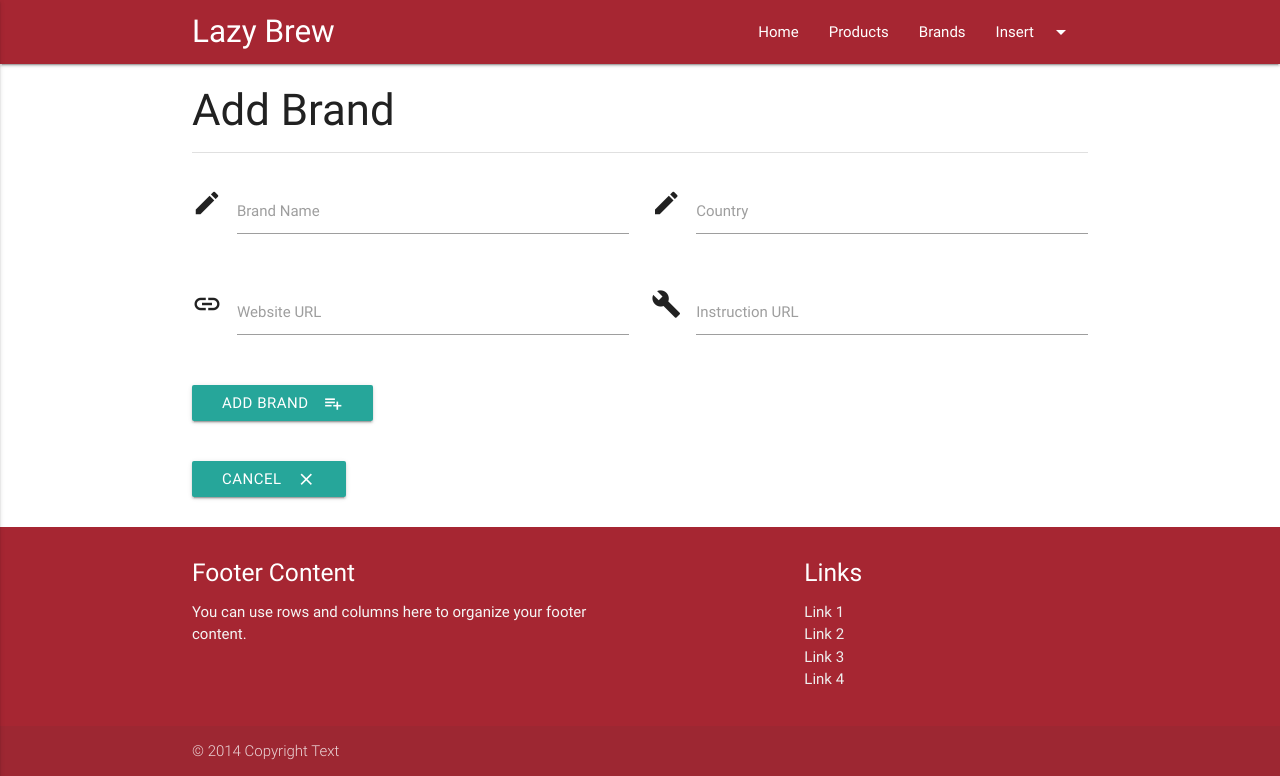
Repository: Leon2ev/lazy-brew
Page: http://localhost/add_brand
The author's editor kept a record of every edit. The page is drawn from the files as they stood at one moment, then again after the next edit.
The browser window is 1280 px wide. The pictures show the whole page.
Some web libraries are served in a nearby version. The page is served by the project's application, run on Flask 3 (app.py).

Above is the page before.

### templates/addbrand.html
{% extends 'base.html' %}
{% block content %}
    <div class="container">
        <h3>Add Brand</h3>
        <div class="divider"></div>
        <form action="{{url_for('insert_brand')}}" method="POST" class="add-brand col s12">
            <div class="row">
                <div class="input-field col s12 l6">
                    <i class="material-icons prefix">create</i>
                    <input id="name" name="name" type="text" class="validate">
                    <label for="icon_prefix">Brand Name</label>
                </div>
                <div class="input-field col s12 l6">
                    <i class="material-icons prefix">create</i>
                    <input id="country" name="country" type="text" class="validate">
                    <label for="icon_prefix">Country</label>
                </div>
            </div>
            <div class="row">
                <div class="input-field col s12 l6">
                    <i class="material-icons prefix">insert_link</i>
                    <input id="website_URL" name="website_URL" type="text" class="validate">
                    <label for="icon_prefix">Website URL</label>
                </div>
                <div class="input-field col s12 l6">
                    <i class="material-icons prefix">build</i>
                    <input id="instruction_URL" name="instruction_URL" type="text" class="validate">
                    <label for="icon_prefix">Instruction URL</label>
                </div>
            </div>
            <div class="row">
                <div class="col s12">
                    <button class="btn waves-effect waves-light" type="submit">Add Brand
                        <i class="material-icons right">playlist_add</i>
                    </button>
                </div>
            </div>
        </form>
        <div class="row">
            <div class="col s12">
                <a class="waves-effect waves-light btn modal-trigger" href="#modal1">Cancel
                    <i class="material-icons right">clear</i>
                </a>
            </div>
            <div id="modal1" class="modal">
                <div class="modal-content">
                    <h4>Are you agree to cancel?</h4>
                    <p>All changes will be lost and you will go back to description page.</p>
                </div>
                <div class="modal-footer">
                    <a href="#!" class="modal-action modal-close waves-effect waves-green btn-flat">Go Back</a>
                    <a href="{{url_for('get_brands')}}" class="modal-action modal-close waves-effect waves-green btn-flat">Agree</a>
                </div>
            </div>
        </div>
    </div>
{% endblock %}

### templates/base.html
<!DOCTYPE html>
<html lang="en">
    <head>
        <meta charset="UTF-8">
        <meta name="viewport" content="width=device-width, initial-scale=1.0">
        <meta http-equiv="X-UA-Compatible" content="ie=edge">

        <title>Document</title>

        <link href="https://fonts.googleapis.com/icon?family=Material+Icons" rel="stylesheet">
        <link rel="stylesheet" href="https://cdnjs.cloudflare.com/ajax/libs/materialize/0.100.2/css/materialize.min.css">
        <link rel="stylesheet" href="{{url_for('static', filename='css/style.css')}}" type="text/css">
    </head>
    <body>
        <header>
            <nav class="navbar">
                <div class="container nav-wrapper">
                    <a href="{{url_for('home_page')}}" class="brand-logo">Lazy Brew</a>
                    <a href="#" data-activates="mobile-demo" class="button-collapse"><i class="material-icons">menu</i></a>
                    <ul class="right hide-on-med-and-down">
                        <li><a href="{{url_for('home_page')}}">Home</a></li>
                        <li><a href="{{url_for('get_products')}}">Products</a></li>
                        <li><a href="{{url_for('get_brands')}}">Brands</a></li>
                        <!-- Dropdown Trigger -->
                        <li><a class="dropdown-button" href="#!" data-activates="dropdown1">Insert<i class="material-icons right">arrow_drop_down</i></a></li>
                    </ul>
                    <!-- Dropdown Structure -->
                    <ul id="dropdown1" class="dropdown-content">
                        <li><a href="{{url_for('add_product')}}">Insert Product</a></li>
                        <li class="divider"></li>
                        <li><a href="{{url_for('add_brand')}}">Insert Brand</a></li>
                    </ul>
                    <ul class="side-nav" id="mobile-demo">
                        <li><a href="{{url_for('home_page')}}">Home</a></li>
                        <li><a href="{{url_for('get_products')}}">Products</a></li>
                        <li><a href="{{url_for('get_brands')}}">Brands</a></li>
                        <!-- Mobile Dropdown Trigger -->
                        <li><a class="dropdown-button" href="#!" data-activates="dropdown2">Insert<i class="material-icons right">arrow_drop_down</i></a></li>

                    </ul>
                    <!-- Dropdown Structure -->
                    <ul id="dropdown2" class="dropdown-content">
                        <li><a href="{{url_for('add_product')}}">Insert Product</a></li>
                        <li class="divider"></li>
                        <li><a href="{{url_for('add_brand')}}">Insert Brand</a></li>
                    </ul>
                </div>
            </nav>
        </header>
        {% block content %}{% endblock %}
        <footer class="page-footer">
            <div class="container">
                <div class="row">
                    <div class="col l6 s12">
                        <h5 class="white-text">Footer Content</h5>
                        <p class="grey-text text-lighten-4">You can use rows and columns here to organize your footer content.</p>
                    </div>
                    <div class="col l4 offset-l2 s12">
                        <h5 class="white-text">Links</h5>
                        <ul>
                            <li><a class="grey-text text-lighten-3" href="#!">Link 1</a></li>
                            <li><a class="grey-text text-lighten-3" href="#!">Link 2</a></li>
                            <li><a class="grey-text text-lighten-3" href="#!">Link 3</a></li>
                            <li><a class="grey-text text-lighten-3" href="#!">Link 4</a></li>
                        </ul>
                    </div>
                </div>
            </div>
            <div class="footer-copyright">
                <div class="container">
                    © 2014 Copyright Text
                </div>
            </div>
        </footer>
        <script src="https://cdnjs.cloudflare.com/ajax/libs/jquery/3.2.1/jquery.min.js"></script>
        <script src="https://cdnjs.cloudflare.com/ajax/libs/materialize/0.100.2/js/materialize.min.js"></script>
        <script type="text/javascript">
            $(document).ready(function() {
                $('select').material_select();
                $(".button-collapse").sideNav();
                $(".dropdown-button").dropdown({
                    belowOrigin: true
                    }
                );
                $('.modal').modal();
            });
        </script>
    </body>
</html>

### app.py
import os
from flask import Flask, render_template, redirect, request, url_for
from flask_pymongo import PyMongo
from bson.objectid import ObjectId

app = Flask(__name__)

# Connection to MongoDB

app.config["MONGO_DBNAME"] = 'beer_brewing'
app.config["MONGO_URI"] = os.getenv('MONGO_URI', 'mongodb://localhost')

mongo = PyMongo(app)

# App routes ------------------------------------------------------------

@app.route('/')

# Home page

@app.route('/home_page')
def home_page():
    return render_template("index.html",
    types=mongo.db.types.find())
# Product Routes
# Product selection

@app.route('/get_products')
def get_products():
    return render_template("products.html",
    products=mongo.db.products.find())

# Single product description

@app.route('/get_description/<product_id>')
def get_description(product_id):
    return render_template("description.html",
    brands=mongo.db.brands.find(),
    types=mongo.db.types.find(),
    product=mongo.db.products.find_one({"_id": ObjectId(product_id)}))

# Add product

@app.route('/add_product')
def add_product():
    return render_template("addproduct.html",
    brands=mongo.db.brands.find(),
    types=mongo.db.types.find())

# Proceed inserted data to mongo

@app.route('/insert_product', methods=["POST"])
def insert_product():
    products=mongo.db.products
    brand_id = request.form.get('brand_id')
    type_id = request.form.get('type_id')
    dictionary = {
        'name': request.form.get('name'),
        'brand_id': ObjectId(brand_id),
        'image_url': request.form.get('image_url'),
        'type_id': ObjectId(type_id),
        'about': request.form.get('about'),
        'abv': request.form.get('abv'),
        'amount': request.form.get('amount'),
        'gluten': request.form.get('gluten')
    }

    products.insert_one(dictionary)
    return redirect(url_for('get_products'))

# Edit product

@app.route('/edit_product/<product_id>')
def edit_product(product_id):
    return render_template("editproduct.html",
    product=mongo.db.products.find_one({"_id": ObjectId(product_id)}),
    brands=mongo.db.brands.find(),
    types=mongo.db.types.find())

# Update product

@app.route('/update_product/<product_id>', methods=["POST"])
def update_product(product_id):
    products=mongo.db.products
    brand_id = request.form.get('brand_id')
    type_id = request.form.get('type_id')
    products.update({'_id': ObjectId(product_id)},
    {
        'name': request.form.get('name'),
        'brand_id': ObjectId(brand_id),
        'image_url': request.form.get('image_url'),
        'type_id': ObjectId(type_id),
        'about': request.form.get('about'),
        'abv': request.form.get('abv'),
        'amount': request.form.get('amount'),
        'gluten': request.form.get('gluten')
    })
    return redirect(url_for('get_products'))

# Delete product

@app.route('/delete_product/<product_id>')
def delete_product(product_id):
    mongo.db.products.remove({'_id': ObjectId(product_id)})
    return redirect(url_for('get_products'))

# Brand Routes
# Add Brand

@app.route('/get_brands')
def get_brands():
    return render_template("brands.html",
    brands=mongo.db.brands.find())

@app.route('/add_brand')
def add_brand():
    return render_template("addbrand.html")

# Proceed inserted data to mongo

@app.route('/insert_brand', methods=["POST"])
def insert_brand():
    brands=mongo.db.brands
    brands.insert_one(request.form.to_dict())
    return redirect(url_for('get_brands'))

# Edit brand

@app.route('/edit_brand/<brand_id>')
def edit_brand(brand_id):
    return render_template("editbrand.html",
    brand=mongo.db.brands.find_one({"_id": ObjectId(brand_id)}))

# Update brand

@app.route('/update_brand/<brand_id>', methods=["POST"])
def update_brand(brand_id):
    brands=mongo.db.brands
    brands.update({'_id': ObjectId(brand_id)},
    {
        'name': request.form.get('name'),
        'country': request.form.get('country'),
        'website_URL': request.form.get('website_URL'),
        'instruction_URL': request.form.get('instruction_URL'),
    })
    return redirect(url_for('get_brands'))

# Delete brand

@app.route('/delete_brand/<brand_id>')
def delete_brand(brand_id):
    mongo.db.brands.remove({'_id': ObjectId(brand_id)})
    return redirect(url_for('get_brands'))

if __name__ == "__main__":
    app.run(host=os.environ.get('IP'),
        port=int(os.environ.get('PORT')),
        debug=True)

### static/css/style.css
/*Background image Homepage*/
.bg-img {
    background-image: url(https://i.imgur.com/lFnh2xG.jpg);
    background-repeat: no-repeat;
    background-position: center center;
    background-attachment: fixed;
    background-size: cover;
    background-color: black;
    height: 100%;
    padding-top: 50px;
    padding-bottom: 50px;
}

/*Content home page*/
.bg-content {
    background-color: rgb(0,0,0, 0.5);
    color: white;
    border-radius: 10px;
}

/*Navbar*/
.navbar {
    background-color: #a62632;
}

.dropdown-content li>a {
    color: #a62632;
}

/*Footer*/
.page-footer {
    background-color: #a62632;
}

/*Button*/
.btn {
    margin-top: 10px;
    margin-bottom: 10px;
}

.btn-flat {
    margin-top: 10px;
    margin-bottom: 10px;
}

/*Cards Products page*/
.card.medium .card-image {
    max-height: 65%;
    padding-left: 20px;
    padding-right: 20px;
}

.card.medium .card-content {
    padding: 15px;
}

.card .card-action a:not(.btn):not(.btn-large):not(.btn-large):not(.btn-floating) {
    color: #26a69a;
}

/*Description page*/

.description-container {
    margin-top: 35px;
    margin-bottom: 35px;
}

.description-img {
    width: 100%;
    height: auto;
    padding-left: 20px;
    padding-right: 20px;
}

/*Edit product*/

.add-product {
    margin-top: 20px;
}

.edit-product {
    margin-top: 20px;
}

/*Edit brand*/

.add-brand {
    margin-top: 20px;
}

.edit-brand {
    margin-top: 20px;
}

After the next edit:
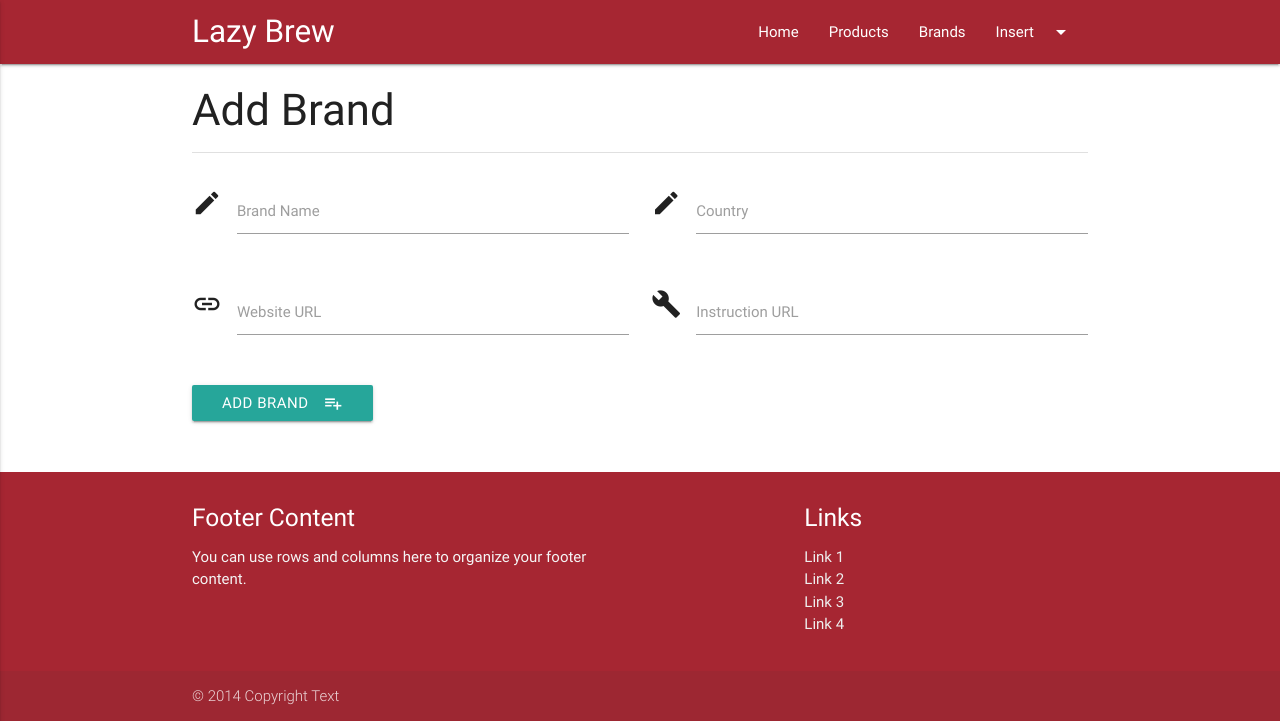
The edit:
--- a/templates/addbrand.html
+++ b/templates/addbrand.html
@@ -38,9 +38,7 @@
         </form>
         <div class="row">
             <div class="col s12">
-                <a class="waves-effect waves-light btn modal-trigger" href="#modal1">Cancel
-                    <i class="material-icons right">clear</i>
-                </a>
+
             </div>
             <div id="modal1" class="modal">
                 <div class="modal-content">
